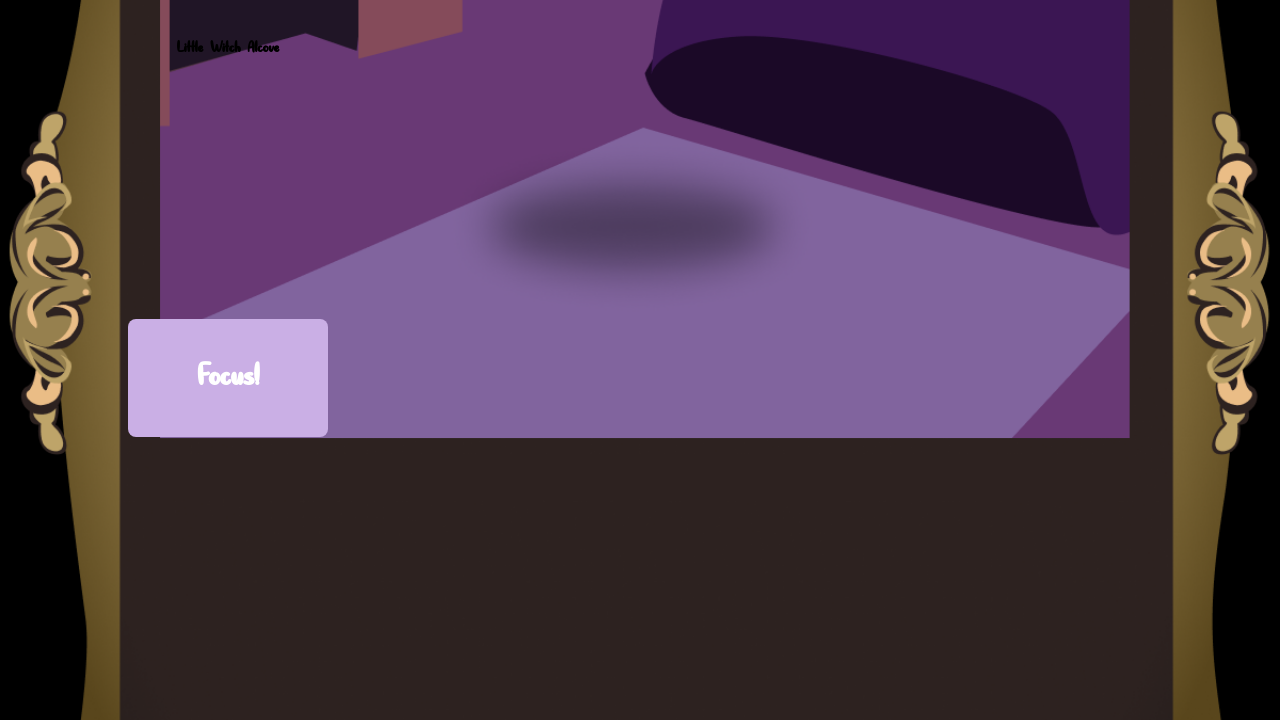
Repository: zhangolivia7/Little-Witch-Alcove
Page: popup.html
The author's editor kept a copy of each file at every save. The page is drawn from the files as they stood at one save, then again after the next save.
The browser window is 1280 px wide. The pictures show the whole page.

Above is the page before, as saved 2025-11-15 16:05:53.

### popup.html
<!DOCTYPE html>
<html>
  <head>
    <title>Little Witch Alcove</title>
    <link rel="stylesheet" href="popup.css">
  </head>
  <body>
    <h1>Little Witch Alcove</h1>
    <button id="focus-btn"><h2>Focus!</h2></button>

    <script src="popup.js"></script>
  </body>
</html>

### popup.css
@font-face {
    font-family: 'QuiteMagical';
    src: url('Assets/Font/QuiteMagicalRegular.ttf');
}

body {
    width: 400px;
    height: 500px;
    background-image: url('Assets/No UI.png');
    background-repeat: no-repeat;
    background-position: center center;
    background-size: cover;
    background-color: black;
    padding: 20px;
    font-family: 'QuiteMagical';
  }

  h1 {
    font-size: 18px;
    text-align: center;
  }

  h2 {
    font-family: 'QuiteMagical';
    font-size: 36px;
    text-align: center;
  }

  #focus-btn {
    width: 50%;
    margin-left: 25%;
    margin-top: 250px;
    padding: 12px;
    border-radius: 8px;
    background: #CAAFE5;
    color: white;
    font-weight: bold;
    border: none;
    cursor: pointer;
  }

### popup.js
document.getElementById("focus-btn").addEventListener("click", () => {
    alert("Hex of Concentration activated! 🔮");
  });

After the next save:
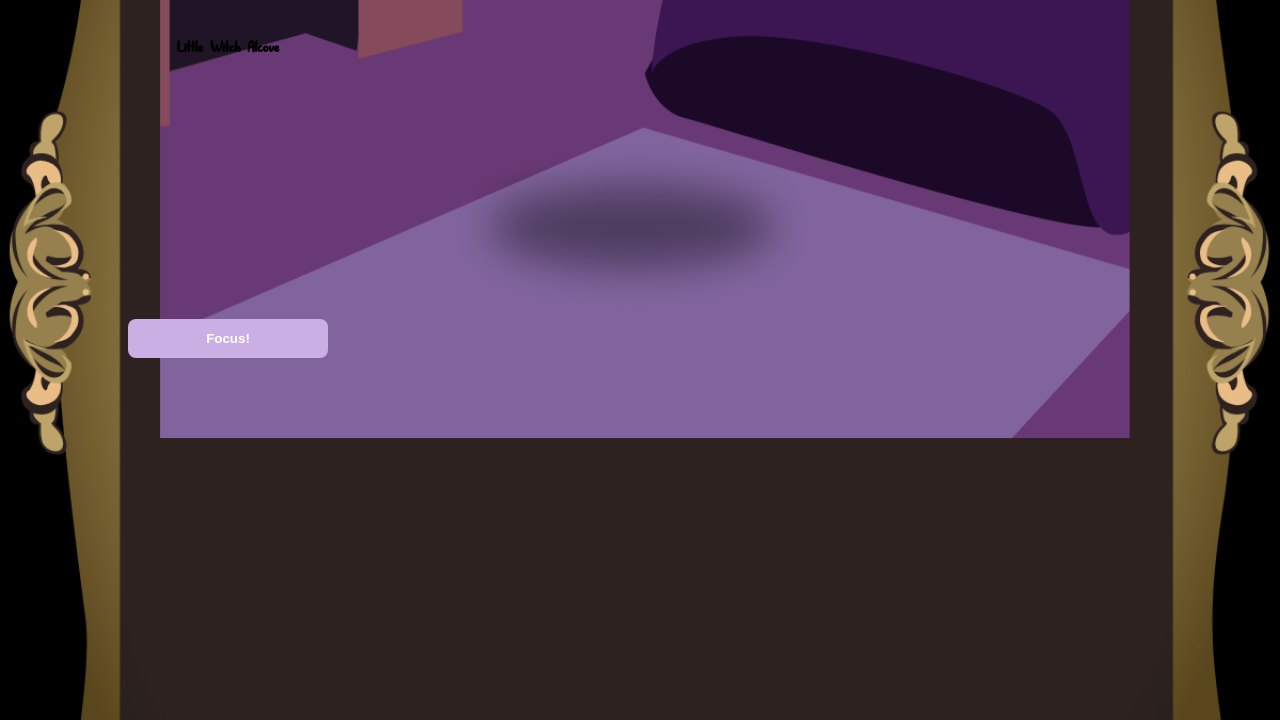
Saved 27 s later.
--- a/popup.html
+++ b/popup.html
@@ -6,7 +6,7 @@
   </head>
   <body>
     <h1>Little Witch Alcove</h1>
-    <button id="focus-btn"><h2>Focus!</h2></button>
+    <button id="focus-btn">Focus!</button>
 
     <script src="popup.js"></script>
   </body>
